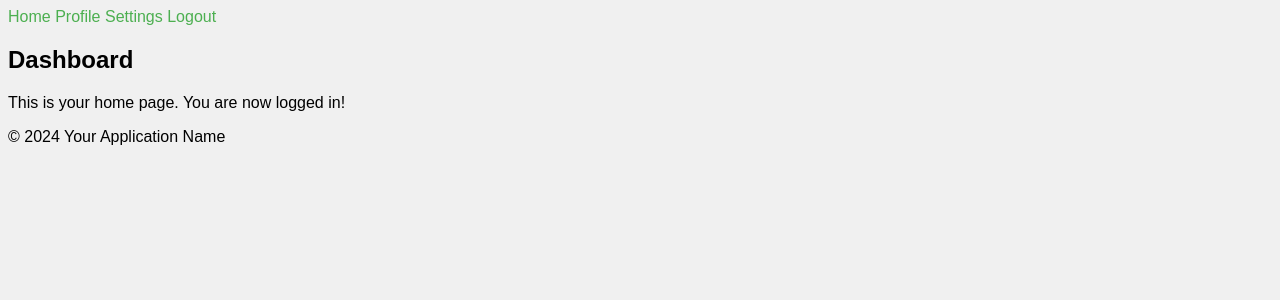
Repository: SriramulaNamithaReddy/Internship_projects
Page: http://localhost/home
An editor plug-in stored every save of this project. The page is shown before and after the next save, followed by the edit.
The browser window is 1280 px wide. The pictures show the whole page.
The page is this project's Thymeleaf template; nobody is signed in. The template is opened directly, without the code that normally fills it, so the values that code supplies are empty.

Above is the page before, as saved 2024-10-12 07:02:11.

After the next save:
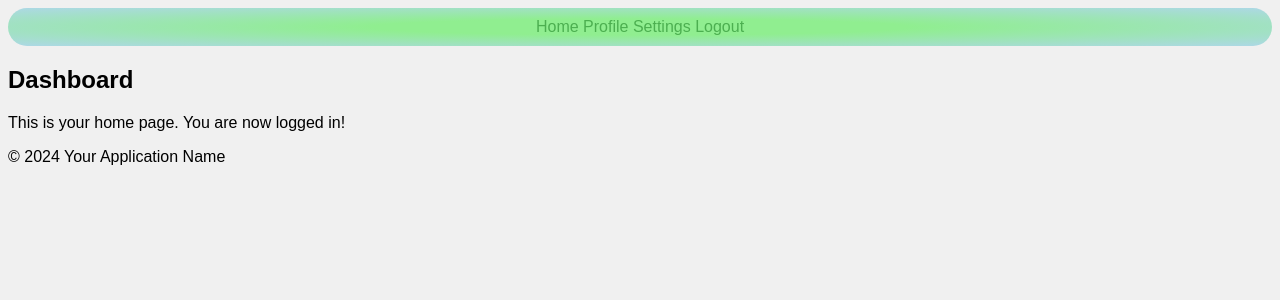
Saved 2 min 12 s later.
--- a/SecureUserAuthentication/src/main/resources/templates/home.html
+++ b/SecureUserAuthentication/src/main/resources/templates/home.html
@@ -10,13 +10,19 @@
         button:hover { background: #45a049; }
         a { text-decoration: none; color: #4CAF50; }
         a:hover { text-decoration: underline; }
+        .navbar{
+			text-align: center;
+			background:radial-gradient(lightgreen 30%,lightblue);
+	        border-radius:60px;
+	        padding:10px;
+		}
     </style>
 </head>
 <body>
 
 
     <nav>
-		<div>
+		<div class="navbar">
             <a th:href="@{/home}">Home</a>
             <a th:href="@{/profile}">Profile</a>
             <a th:href="@{/settings}">Settings</a>
